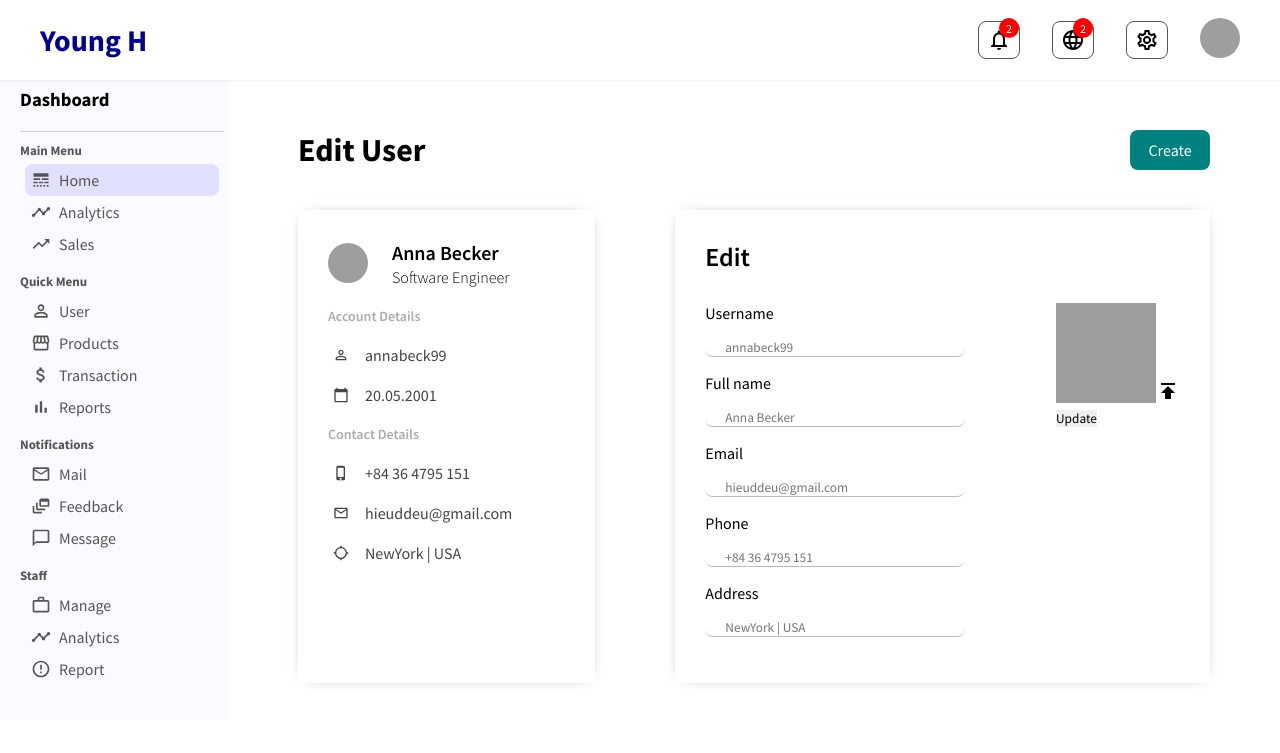
Repository: noname20011/admin
Page: /user/1
The author's editor kept a copy of each file at every save. The page is drawn from the files as they stood at one save, then again after a run of saves.
The browser window is 1280 px wide. The pictures show the whole page.
Pictures or frames that could not be fetched are drawn as grey boxes. The project was rebuilt for these pictures with package versions that can differ from the ones it lists, and the page was loaded fresh each time. Also part of the build but not shown: src/pages/home/home.css, src/comopnents/featureInfo/feature.css, src/comopnents/featureInfo/Feature.jsx, src/comopnents/chart/chart.css, src/comopnents/chart/Chart.jsx, src/comopnents/widgetSm/widgetSm.css, src/comopnents/widgetSm/WidgetSm.jsx, src/comopnents/widgetLg/widgetLg.css and 5 more.

Above is the page before, as saved 2021-11-14 14:45:41.

### public/index.html
<!DOCTYPE html>
<html lang="en">
  <head>
    <meta charset="utf-8" />
    <meta name="viewport" content="width=device-width, initial-scale=1" />
    <meta name="theme-color" content="#000000" />
    <meta
      name="description"
      content="Web site created using create-react-app"
    />
    <!-- GOOGLE FONTS -->
    <link href="https://fonts.googleapis.com/css2?family=Source+Sans+Pro:wght@200;300;400;600;700;900&display=swap" rel="stylesheet">
    <style>
      * {
        font-family: 'Source Sans Pro', sans-serif;
        padding: 0;
        margin: 0;
      }
    </style>
    <title>React Admin App</title>
  </head>
  <body>
    <div id="root"></div>
  </body>
</html>

### src/App.js
import Topbar from "./comopnents/topbar/Topbar";
import Sidebar from "./comopnents/sidebar/Sidebar";
import Home from "./pages/home/Home.jsx"
import UserList from "./pages/userList/UserList";
import User from "./pages/user/User";
import './app.css'

import {BrowserRouter as Router, Routes , Route} from "react-router-dom"
function App() {
  return (
    <div>
      <Router>
        <Topbar/>
        <div className="container">
          <Sidebar/>
          <Routes >
            <Route path="/" exact element={<Home/>}/>
            <Route path="/users" exact element={<UserList/>}/>
            <Route path="/user/:userId" exact element={<User/>}/>
          </Routes>
        </div>
      </Router>
    </div>
  );
}

export default App;

### src/comopnents/topbar/Topbar.jsx
import React from 'react'
import './topbar.css'

import { Language, NotificationsNone, SettingsOutlined  } from '@material-ui/icons'

export default function Topbar() {
    return (
        <div className="topbar">
            <div className="topbarWrapper">
                <div className="topLeft">
                    <div className="logo">Young H</div>
                </div>
                <div className="topRight">
                    <div className="topbarIconContainer">
                        <NotificationsNone/>
                        <div className="topIconsBadge">2</div>
                    </div>
                    <div className="topbarIconContainer">
                        <Language/>
                        <div className="topIconsBadge">2</div>
                    </div>
                    <div className="topbarIconContainer">
                        <SettingsOutlined/>
                    </div>
                    <div>
                        <img src="https://images.pexels.com/photos/1526814/pexels-photo-1526814.jpeg?auto=compress&cs=tinysrgb&dpr=2&w=500" alt="admin" className="topAvatar"/>
                    </div>
                </div>
            </div>
        </div>
    )
}

### src/comopnents/sidebar/Sidebar.jsx
import { AttachMoney, BarChart, ChatBubbleOutline, DynamicFeed, ErrorOutline, LineStyle, MailOutlined, PersonOutline, Storefront, Timeline, TrendingUp,  WorkOutlineOutlined } from '@material-ui/icons'
import React from 'react'
import "./sidebar.css"
export default function Sidebar() {
    return (
        <div className="sidebar">
            <div className="sidebarWrapper">
                <h3 className="sidebarTitle">Dashboard</h3>
                <div className="sidebarMenu">
                    <h4 className="sidebarMenuTitle">Main Menu</h4>
                    <ul className="sidebarLists">
                        <li className="sidebarListItem active">
                            <LineStyle className="sidebarIcon"/>
                            Home
                        </li>
                        <li className="sidebarListItem">
                            <Timeline className="sidebarIcon"/>
                            Analytics
                        </li>
                        <li className="sidebarListItem">
                            <TrendingUp className="sidebarIcon"/>
                            Sales
                        </li>
                    </ul>
                </div>
                <div className="sidebarMenu">
                    <h4 className="sidebarMenuTitle">Quick Menu</h4>
                    <ul className="sidebarLists">
                        <li className="sidebarListItem">
                            <PersonOutline className="sidebarIcon"/>
                            User
                        </li>
                        <li className="sidebarListItem">
                            <Storefront className="sidebarIcon"/>
                            Products
                        </li>
                        <li className="sidebarListItem">
                            <AttachMoney className="sidebarIcon"/>
                            Transaction
                        </li>
                        <li className="sidebarListItem">
                            <BarChart className="sidebarIcon"/>
                            Reports
                        </li>
                    </ul>
                </div>
                <div className="sidebarMenu">
                    <h4 className="sidebarMenuTitle">Notifications</h4>
                    <ul className="sidebarLists">
                        <li className="sidebarListItem">
                            <MailOutlined className="sidebarIcon"/>
                            Mail
                        </li>
                        <li className="sidebarListItem">
                            <DynamicFeed className="sidebarIcon"/>
                            Feedback
                        </li>
                        <li className="sidebarListItem">
                            <ChatBubbleOutline className="sidebarIcon"/>
                            Message
                        </li>
                    </ul>
                </div>
                <div className="sidebarMenu">
                    <h4 className="sidebarMenuTitle">Staff</h4>
                    <ul className="sidebarLists">
                        <li className="sidebarListItem">
                            <WorkOutlineOutlined className="sidebarIcon"/>
                            Manage
                        </li>
                        <li className="sidebarListItem">
                            <Timeline className="sidebarIcon"/>
                            Analytics
                        </li>
                        <li className="sidebarListItem">
                            <ErrorOutline className="sidebarIcon"/>
                            Report
                        </li>
                    </ul>
                </div>
            </div>
        </div>
    )
}

### src/pages/user/User.jsx
import { CalendarToday, LocationSearching, MailOutline, PersonOutline, PhoneIphone, Publish } from "@material-ui/icons"
import "./user.css"

export default function User() {
    return (
        <div className="user">
            <div className="userTitleContainer">
                <h1 className="useTitle">Edit User</h1>
                <button className="userAddBtn">
                    Create
                </button>
            </div>
            <div className="userContainer">
                <div className="userShow">
                    <div className="userShowTop">
                        <img src="https://images.pexels.com/photos/1152994/pexels-photo-1152994.jpeg?auto=compress&cs=tinysrgb&dpr=2&w=500" alt="" className="userShowImg" />
                        <div className="userShowTopInfo">
                            <span className="userShowName">Anna Becker</span>
                            <span className="userShowJob">Software Engineer</span>
                        </div>
                    </div>
                    <div className="userShowBottom">
                        <span className="userShowTitle">Account Details</span>
                        <div className="userShowBottomInfo">
                            <PersonOutline className="userShowIcon"/>
                            <span className="userShowInfo">annabeck99</span>
                        </div>
                        <div className="userShowBottomInfo">
                            <CalendarToday className="userShowIcon"/>
                            <span className="userShowInfo">20.05.2001</span>
                        </div>
                        <span className="userShowTitle">Contact Details</span>
                        <div className="userShowBottomInfo">
                            <PhoneIphone className="userShowIcon"/>
                            <span className="userShowInfo">+84 36 4795 151</span>
                        </div>
                        <div className="userShowBottomInfo">
                            <MailOutline className="userShowIcon"/>
                            <span className="userShowInfo">hieuddeu@gmail.com</span>
                        </div>
                        <div className="userShowBottomInfo">
                            <LocationSearching className="userShowIcon"/>
                            <span className="userShowInfo">NewYork | USA</span>
                        </div>
                    </div>
                </div>
                <div className="userUpdate">
                    <span className="userUpdateTitle">Edit</span>
                    <form action="" className="UserUpdateForm">
                        <div className="userUpdateLeft">
                            <div className="userUpdateItem">
                                <label>Username</label>
                                <input type="text"
                                placeholder="annabeck99" className="userUpdateInput" />
                            </div>
                            <div className="userUpdateItem">
                                <label>Full name</label>
                                <input type="text"
                                placeholder="Anna Becker" className="userUpdateInput" />
                            </div>
                            <div className="userUpdateItem">
                                <label>Email</label>
                                <input type="email"
                                placeholder="hieuddeu@gmail.com" className="userUpdateInput" />
                            </div>
                            <div className="userUpdateItem">
                                <label>Phone</label>
                                <input type="text"
                                placeholder="+84 36 4795 151" className="userUpdateInput" />
                            </div>
                            <div className="userUpdateItem">
                                <label>Address</label>
                                <input type="text"
                                placeholder="NewYork | USA" className="userUpdateInput" />
                            </div>
                        </div>
                        <div className="userFormRight">
                            <div className="userUpdateUpload">
                                <img src="https://images.pexels.com/photos/1152994/pexels-photo-1152994.jpeg?auto=compress&cs=tinysrgb&dpr=2&w=500" alt="" className="userFormImg" />
                                <label htmlFor="file">
                                    <Publish className="userUpdateIcon"/>
                                </label>
                            </div>
                            <button className="userUpdateButton">Update</button>
                        </div>
                    </form>
                </div>
            </div>
        </div>
    )
}

### src/app.css
ul, li {
    list-style: none;
}

a {
    text-decoration: none;
}

.container {
    display: flex;
}

.other {
    flex: 4;
}

button, input {
    border: none;
    outline: none;
}

### src/comopnents/topbar/topbar.css
.topbar {
    width: 100%;
    height: 80px;
    background: #fff;
    box-shadow: 0 .5px 2px rgba(0, 0, 0, 0.07);

    position: sticky;
    top: 0;
    z-index: 1000;
}

.topbarWrapper {
    height: 100%;
    padding: 0 40px;
    display: flex;
    justify-content: space-between;
    align-items: center;
}

.logo {
    font-weight: bold;
    font-size: 30px;
    color: darkblue;
    cursor: pointer;
}

.topRight {
    display: flex;
    align-items: center;
    column-gap: 2rem;
}
.topbarIconContainer {
    position: relative;
    cursor: pointer;
    width: 40px;
    height: 36px;
    border: 1px solid #555;
    border-radius: .5rem;
    display: flex;
    align-items: center;
    justify-content: center;
}

.topbarIconContainer:hover {
    background-color: rgb(248, 246, 246);
}

.topIconsBadge {
    font-size: 12px;
    position: absolute;
    top: -4px;
    right: 0px;

    width: 20px;
    height: 20px;
    background-color: red;
    color: #fff;
    border-radius: 50%;

    display: flex;
    place-content: center;
    place-items: center;
}

.topAvatar {
    width: 40px;
    height: 40px;
    object-fit: cover;
    border-radius: 50%;
    cursor: pointer;
}

### src/comopnents/sidebar/sidebar.css
.sidebar {
    flex: 1;
    background-color: rgb(251, 251, 255);
    position: sticky;
    top: 80px;
    height: calc(100vh - 80px);
}

.sidebarWrapper {
    padding: 8px 4px 0 20px;
}

.sidebarTitle {
    padding-bottom: 20px;
    margin-bottom: 10px;
    border-bottom: 1px solid #ccc;
}

.sidebarMenu {
    margin-bottom: 8px;
}

.sidebarMenuTitle {
    color: #555;
    font-size: 13px;
}

.sidebarLists {
    padding: 5px;
}

.sidebarListItem {
    display: flex;
    align-items: center;
    column-gap: .5rem;

    padding: 6px;
    color: #555;
    cursor: pointer;
    border-radius: .5rem;
}

.sidebarListItem.active,
.sidebarListItem:hover {
    background-color: rgb(225, 225, 255);
}

.sidebarIcon {
    font-size: 20px!important;
}

### src/pages/user/user.css
.user {
    flex: 4;
    margin: 20px 40px;
    padding: 30px;
}

.userTitleContainer {
    display: flex;
    justify-content: space-between;
    margin-bottom: 20px;
}

.userAddBtn {
    width: 80px;
    border-radius: .5rem;
    background-color: teal;
    padding: 5px;

    color: #fff;
    font-size: 16px;
    cursor: pointer;

}
.userContainer {
    display: flex;
    justify-content: space-between;
    column-gap: 5rem;
}
.userShow {
    flex: 1;
    margin: 20px 0;
    padding: 30px;
    -webkit-box-shadow: 0px 0px 15px -10px rgba(0, 0, 0, 0.75);
    box-shadow: 0px 0px 15px -10px rgba(0, 0, 0, 0.75);
}

.userShowTop {
    display: flex;
    column-gap: 1.5rem;
    align-items: center;
}

.userShowTopInfo {
    display: flex;
    flex-direction: column;
    row-gap: .1rem;
}

.userShowName {
    font-size: 20px;
    font-weight: 600;
}

.userShowJob {
    font-size: 16px;
    font-weight: 300;
}

.userShowImg {
    width: 40px;
    height: 40px;
    border-radius: 50%;
    object-fit: cover;
}

.userShowTitle {
    font-size: 14px;
    font-weight: 600;
    color: rgb(175, 170, 170);
    display: block;
    margin-top: 20px;
}

.userShowBottomInfo {
    display: flex;
    align-items: center;
    column-gap: 1rem;

    margin: 20px 0 20px 5px;
    color: #444;
}

.userShowIcon {
    font-size: 16px !important;
}
.userUpdate {
    flex: 2;
    margin: 20px 0;
    padding: 30px;
    -webkit-box-shadow: 0px 0px 15px -10px rgba(0, 0, 0, 0.75);
    box-shadow: 0px 0px 15px -10px rgba(0, 0, 0, 0.75);
}

.userUpdateTitle {
    font-size: 26px;
    font-weight: 600;
}

.UserUpdateForm {
    margin-top: 30px;
    display: flex;
    justify-content: space-between;
}


.userUpdateItem {
    display: flex;
    flex-direction: column;
    row-gap: 1rem;
    margin-bottom: 16px;
}

.userUpdateInput {
    width: 250px;
    border-bottom: 1px solid #bbb;
    border-bottom-left-radius: .5rem;
    border-bottom-right-radius: .5rem;
    padding-left: 10px;
}

.userUpdateInput::placeholder {
    padding-left: 10px;
}
.userFormImg {
    width: 100px;
    height: 100px;
    object-fit: cover;
}

Loaded but not shown: src/index.js (common file)

After the next 2 saves:
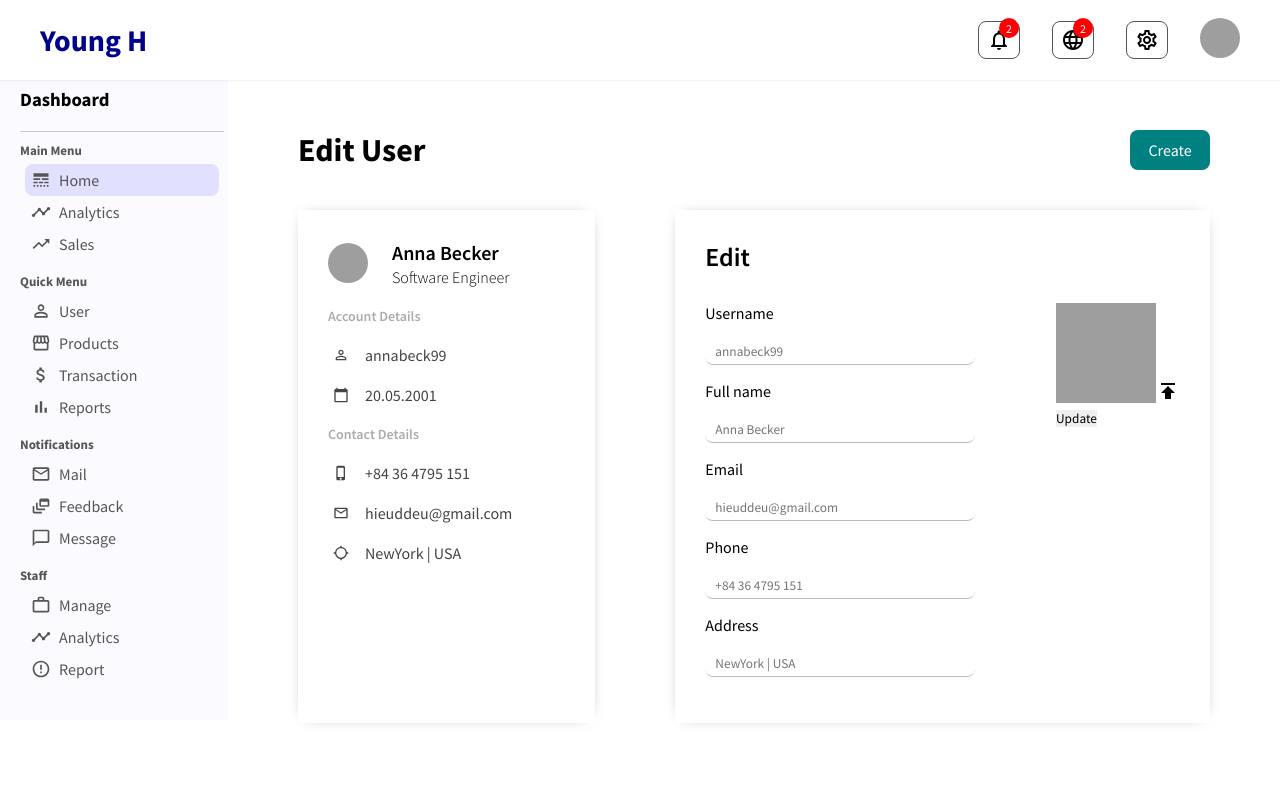
The 2 saves are shown as one change because they came seconds apart.
The last was saved 28 s later.
--- a/src/pages/user/user.css
+++ b/src/pages/user/user.css
@@ -115,12 +115,9 @@
     border-bottom: 1px solid #bbb;
     border-bottom-left-radius: .5rem;
     border-bottom-right-radius: .5rem;
-    padding-left: 10px;
+    padding: 4px 10px;
 }
 
-.userUpdateInput::placeholder {
-    padding-left: 10px;
-}
 .userFormImg {
     width: 100px;
     height: 100px;
